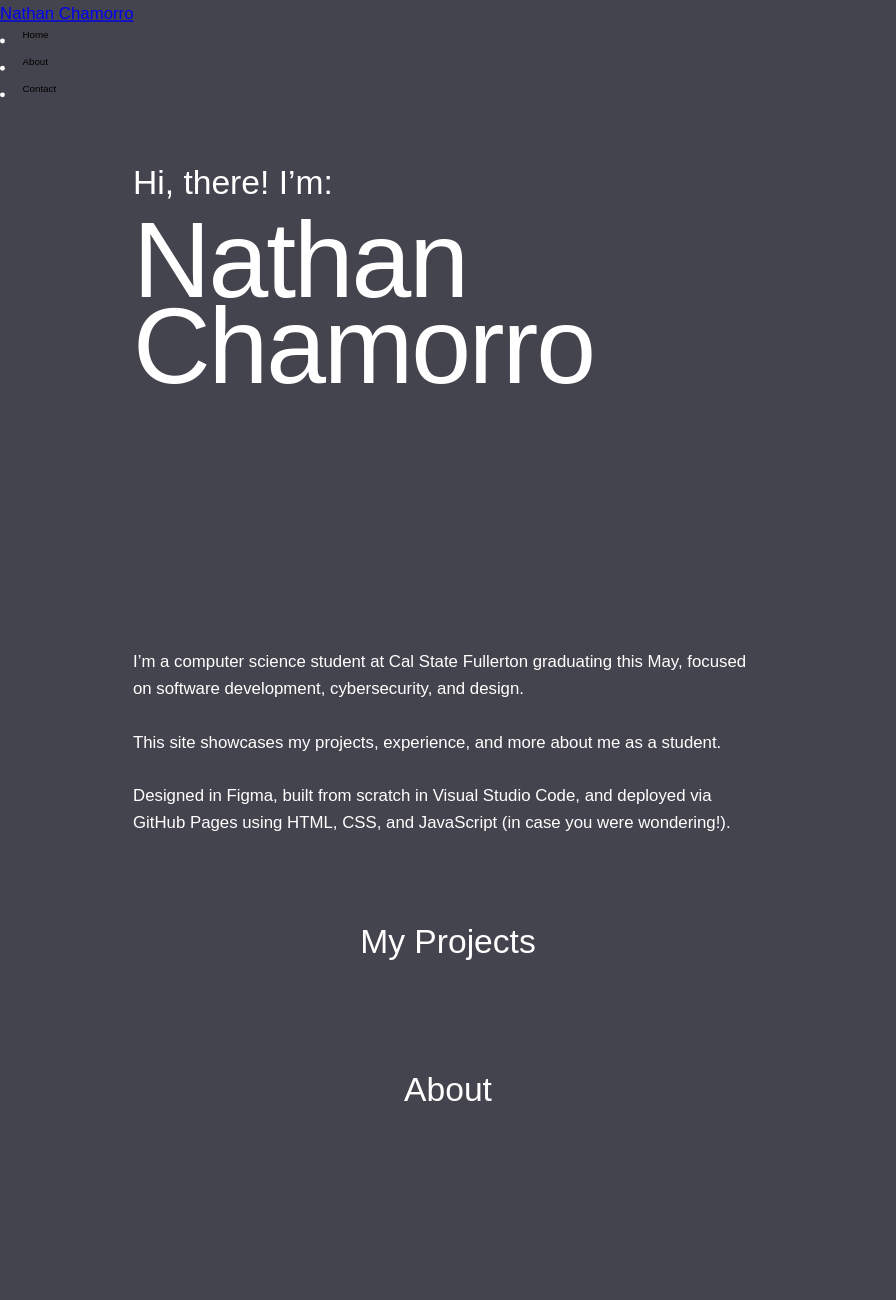
Repository: nathanchamorro1/nathanchamorro1.github.io
Page: index.html
An editor plug-in stored every save of this project. The page is shown before and after the next save, followed by the edit.
The browser window is 1280 px wide. The pictures show the whole page, at 70% of full size.
Some web fonts or font styles are not loaded; a fallback is used.

Above is the page before, as saved 2026-02-17 17:28:13.

### index.html
<!DOCTYPE html>
<html lang="en">

<head>
<meta charset="UTF-8">
<meta name="viewport" content = "width=device-width,initial-scale=1">
<title>Nathan Chamorro's Portfolio</title>
<link rel = "icon" type = "image/x-icon" href = "/assets/snoopy-favicon.ico">
<link rel="stylesheet" href="https://use.typekit.net/lhh1weh.css">
<link rel="stylesheet" href="css/style.css">
</head>

<div class="layout">
  <nav class="sidebar">
    <a href="#home" class="nav-logo">Nathan Chamorro</a>
      <li><a href="#home" class="nav-link">Home</a></li>
            <li><a href="#about" class="nav-link">About</a></li>
      <li><a href="#contact" class="nav-link">Contact</a></li>
      </nav>

  <main class="content">
    <div class="content-wrapper">
  <section class="hero">
    <h2 class="reveal">Hi, there! I’m:</h2>
    <h1 class="reveal">Nathan Chamorro</h1>
  </section>
      <p class="reveal">
        <br>I’m a computer science student at Cal State Fullerton graduating this May, focused on software development, cybersecurity, and design. <br>
        <br>This site showcases my projects, experience, and more about me as a student.<br>
        <br>Designed in Figma, built from scratch in Visual Studio Code, and deployed via GitHub Pages using HTML, CSS, and JavaScript (in case you were wondering!). <br>
      </p>
    </section>

        <section id="projects" class="content-wrapper">
      <h3 class="reveal">My Projects</h3>
    </section>

    <section id="about" class="content-wrapper">
      <h3 class="reveal">About</h3>
    </section>

    <section id="contact" class="content-wrapper">
      <h3 class="reveal">Contact</h3>
    </section>
  </main>
</div>
<script src = "js/script.js"></script>

### css/style.css
body {
  background-color: #44444E;
  color: white;
  margin: 0;
  font-family: museo-sans, sans-serif;
  font-weight: 300;
  font-style: normal;
  font-variation-settings: "slnt" 0, "wght" 400;
  line-height: 1.6;
  font-size: 1.5rem;
}

.content-wrapper {
  max-width: 900px;
  margin: 0 auto;
  padding: 0 40px;
  padding-top: 0;
  display: flex;
  flex-direction: column;
  gap: 40px;
}

.hero {
    min-height: calc(100vh - 80px);
    display: flex;
    align-items: flex-start;
    flex-direction: column;
    justify-content: flex-start;
    padding-top: 30px;
    padding-bottom: 0;
    text-align: left;
}

h1 {
    color: white;
    font-family: "instrument-serif", sans-serif;
    font-size: clamp(4.5rem, 12vw, 14rem);
    font-weight: 400;
    font-variation-settings: "wght" 400;
    line-height: 0.8;
    margin: 0;
    letter-spacing: -0.02em;
}

h2 {
    color: white;
    font-family: "instrument-serif", sans-serif;
    font-weight: 400;
    font-variation-settings: "wght" 400;
    font-size: 3rem;
    opacity: 0.8;
    margin-bottom: 10px;
}

h3 {
    color: white;
    font-family: "instrument-serif", sans-serif;
    font-weight: 400;
    font-variation-settings: "wght" 400;
    font-size: 3rem;
    opacity: 0.8;
}

.reveal {
    opacity: 0;
    transform: translateY(20px);
    transition: opacity 0.7s ease, transform 0.7s ease;
}

.reveal-visible {
    opacity: 1;
    transform: translateY(0);
}

.navbar {
    position: fixed;
    top: 0;
    width: 100%;
    background: white;
    box-shadow: 0 2px 10px rgba(0,0,0,0.05);
    z-index: 1000;
}

.nav-container {
    max-width: 1000px;
    margin: 0 auto;
    display: flex;
    justify-content: space-between;
    align-items: flex-start;
    padding: 15px 20px;
    position: fixed;
}

.nav-menu {
    list-style: none;
    display: flex;
    gap: 25px;
    margin: 0;
    padding: 0;
    position: fixed;
}

.nav-link {
    text-decoration: none;
    color: black;
    font-size: 14px;
    position: relative;
    position: fixed;
}

.nav-link:hover {
    opacity: 0.6;
}

### js/script.js
const reveals = document.querySelectorAll(".reveal");

function revealOnScroll() {
  const windowHeight = window.innerHeight;

  reveals.forEach(el => {
    const elementTop = el.getBoundingClientRect().top;

    if (elementTop < windowHeight - 200) {
      el.classList.add("reveal-visible");
    }
  });
}

window.addEventListener("scroll", revealOnScroll);
revealOnScroll();

After the next save:
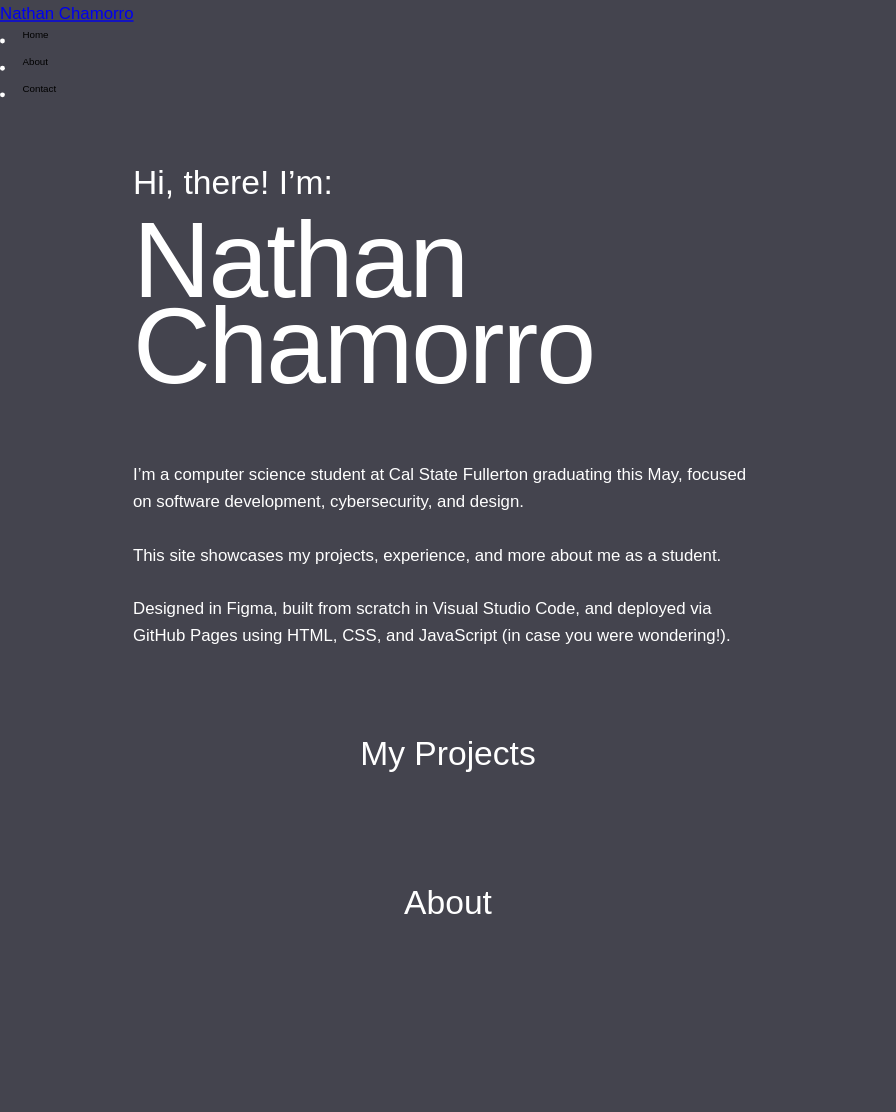
Saved 13 s later.
--- a/css/style.css
+++ b/css/style.css
@@ -21,7 +21,7 @@ body {
 }
 
 .hero {
-    min-height: calc(100vh - 80px);
+    min-height: auto;
     display: flex;
     align-items: flex-start;
     flex-direction: column;
